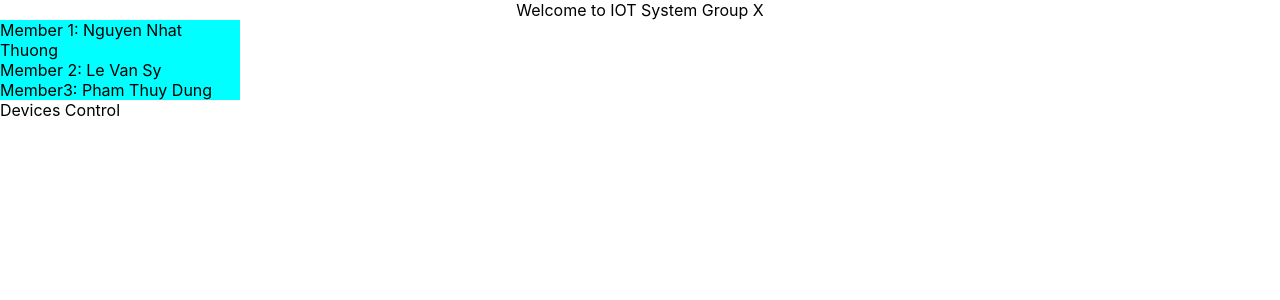
Repository: ngnhthuong/IOT_LAB
Page: /
The author's editor kept a copy of each file at every save. The page is drawn from the files as they stood at one save, then again after the next save.
The browser window is 1280 px wide. The pictures show the whole page.
The project was rebuilt for these pictures with package versions that can differ from the ones it lists, and the page was loaded fresh each time.

Above is the page before, as saved 2024-04-23 14:33:37.

After the next save:
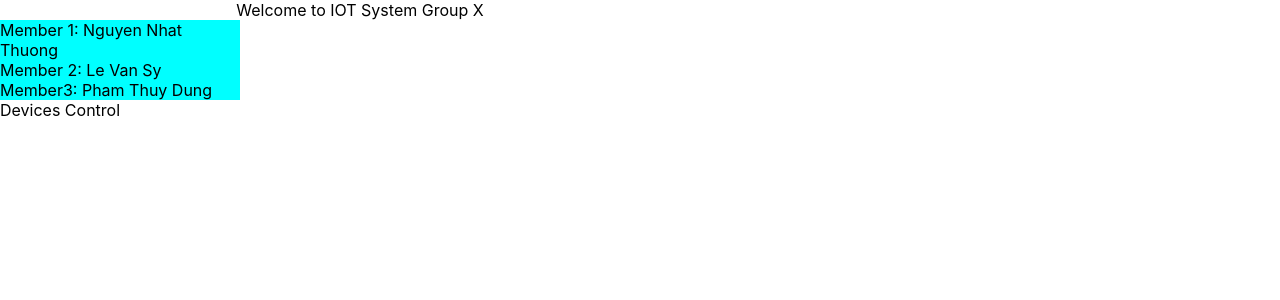
Saved 21 s later.
--- a/src/App.css
+++ b/src/App.css
@@ -5,7 +5,7 @@
 }
 
 .main{
-
+  width: 100vh;
 }
 
 .welcome-name{

After the save that followed:
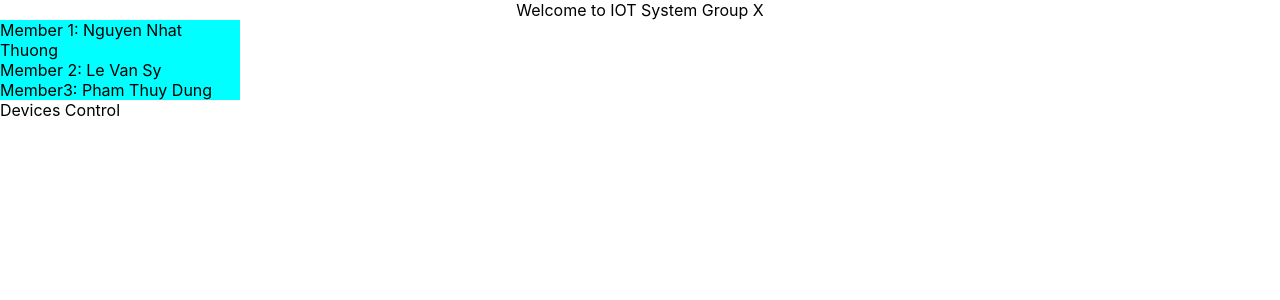
Saved 6 s later.
--- a/src/App.css
+++ b/src/App.css
@@ -5,7 +5,8 @@
 }
 
 .main{
-  width: 100vh;
+  width: 100vw;
+  height: 100vh;
 }
 
 .welcome-name{
